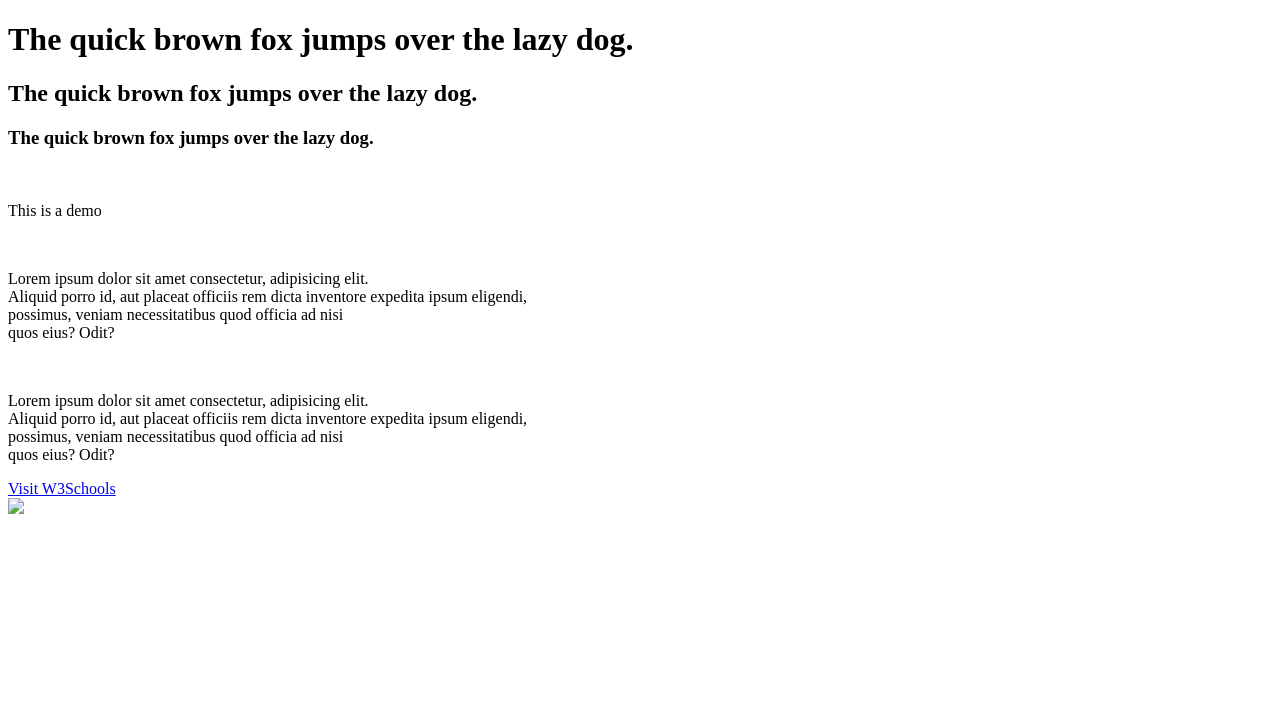
Repository: PhilipMuturi/website
Page: website/index.html
An editor plug-in stored every save of this project. The page is shown before and after the next save, followed by the edit.
The browser window is 1280 px wide. The pictures show the whole page.

Above is the page before, as saved 2023-11-29 13:15:58.
Not found: website/myproject/Jackie.png

After the next save:
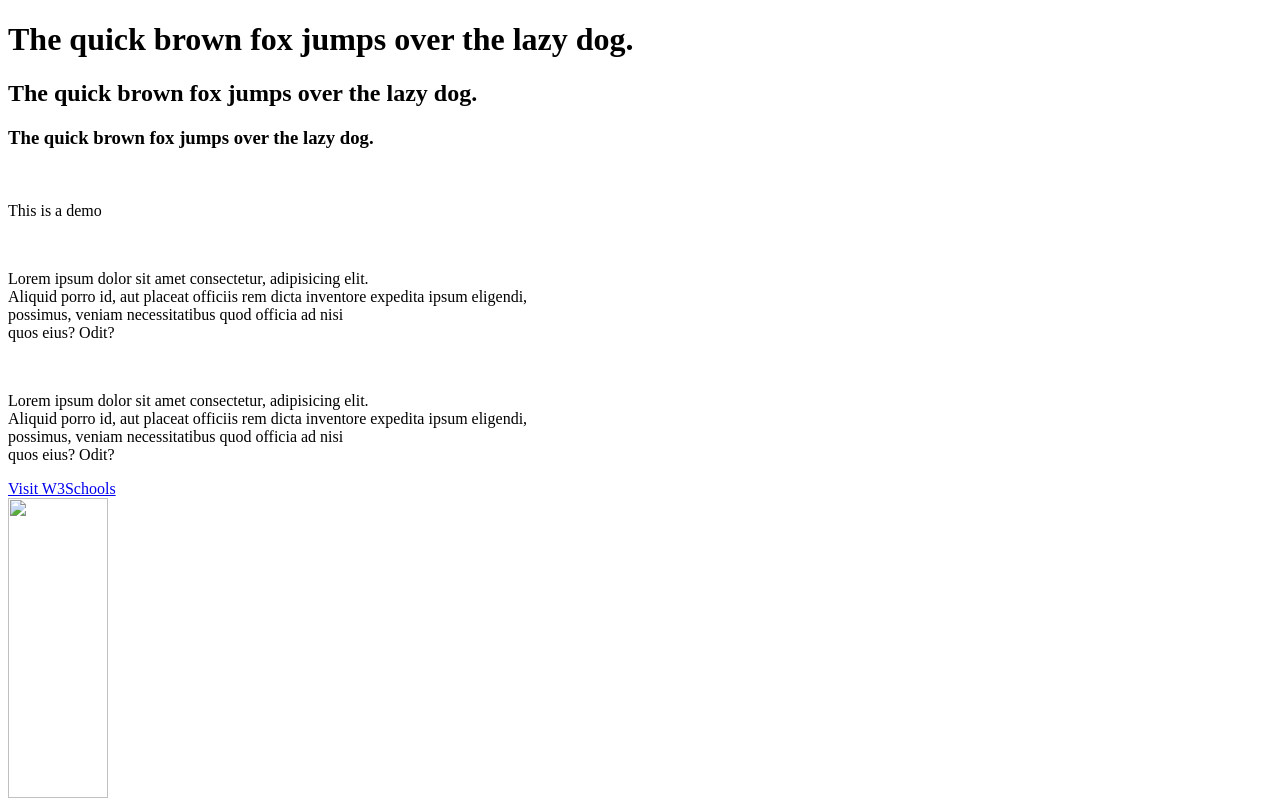
Saved 71 s later.
--- a/website/index.html
+++ b/website/index.html
@@ -30,6 +30,6 @@
 
              <a href="https://www.w3schools.com">Visit W3Schools</a>
              <br>
-             <img src="/myproject/Jackie.png" height="300">
+             <img src="/myproject/Jackie.png" height="300" width="100">
     </body>
 </html>
